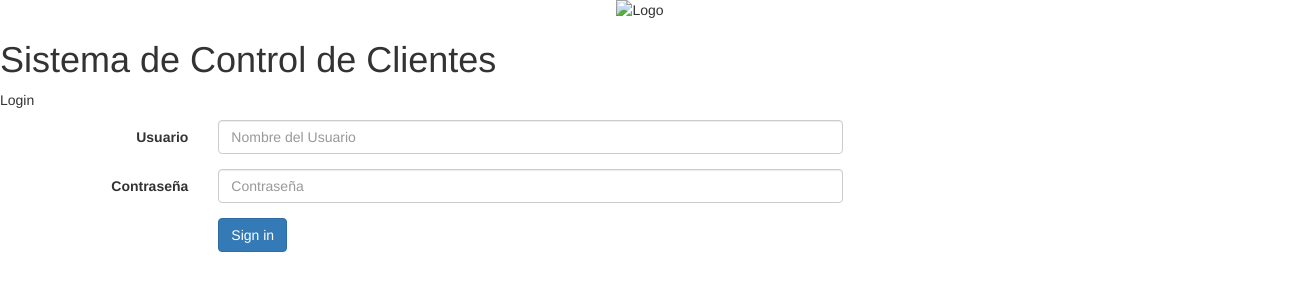
Repository: FavreEstrada/SCC
Page: index.html
The author's editor kept a record of every edit. The page is drawn from the files as they stood at one moment, then again after the next edit.
The browser window is 1280 px wide. The page is 1295 px wide, so the pictures cover 1295 px, including what lies to the right of the window. The pictures show the whole page.

Above is the page before.

After the next edit:
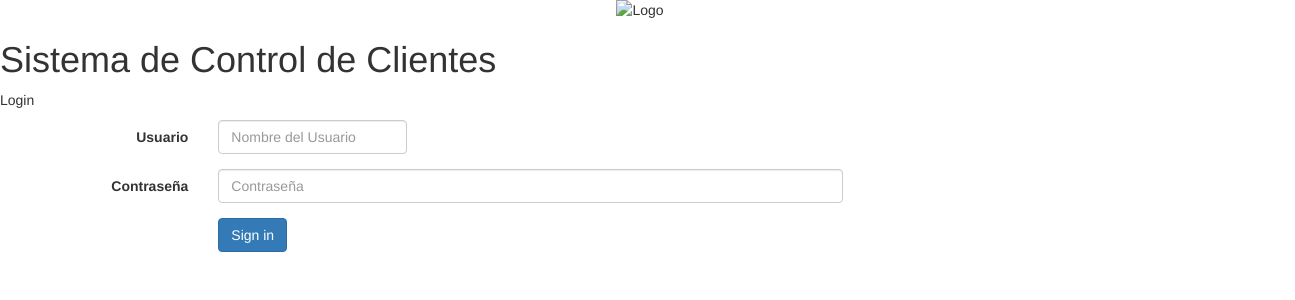
The edit:
--- a/index.html
+++ b/index.html
@@ -27,7 +27,7 @@
                     <form class="form-horizontal">
                         <div class="form-group">
                             <label for="Usuario" class="col-sm-2 control-label">Usuario</label>
-                            <div class="col-sm-6">
+                            <div class="col-sm-2">
                                 <span class="add-on"><i class="icon-user"></i></span>
                                 <input type="email" class="form-control text-input input-medium user-input" id="user_input" placeholder="Nombre del Usuario">
                             </div>
